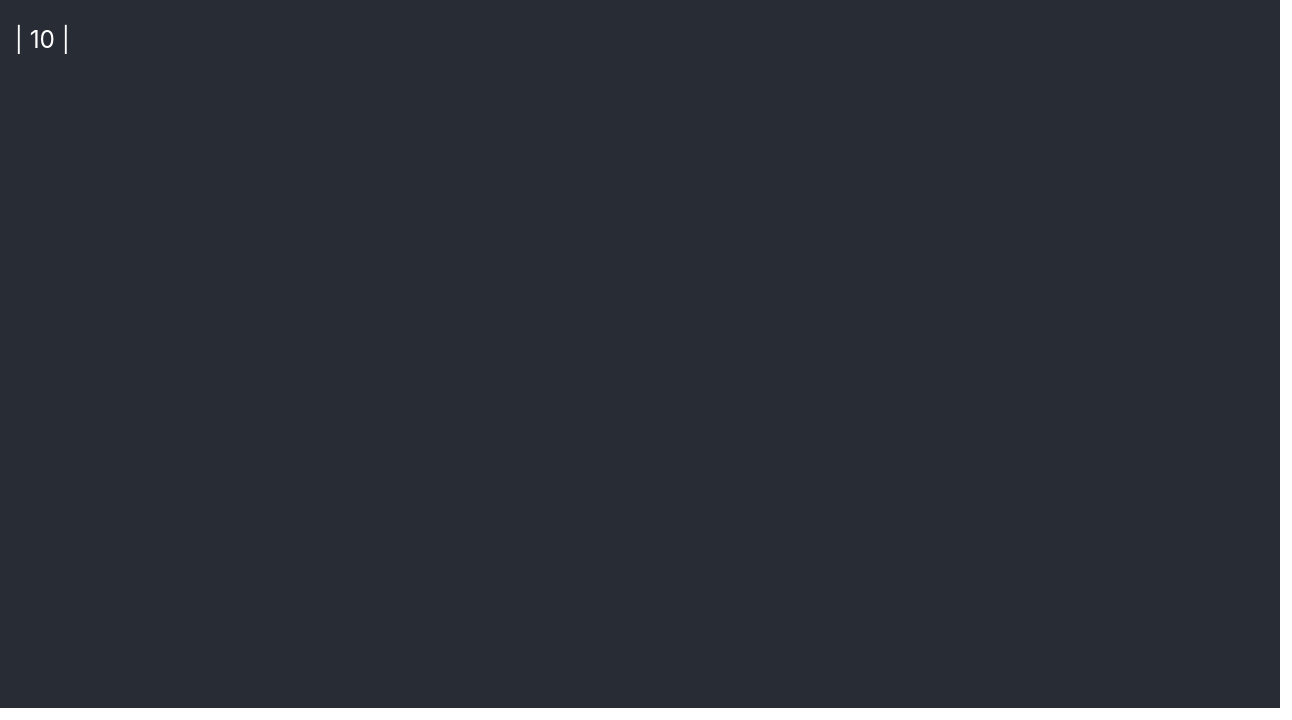
Repository: ghbamorim/megasenaapi
Page: / (app in mega-sena-client/)
The author's editor kept a copy of each file at every save. The page is drawn from the files as they stood at one save, then again after the next save.
The browser window is 1280 px wide. The page is 1292 px wide, so the pictures cover 1292 px, including what lies to the right of the window. The pictures show the whole page.
The project was rebuilt for these pictures with package versions that can differ from the ones it lists, and the page was loaded fresh each time.

Above is the page before, as saved 2021-09-11 11:13:44.

### mega-sena-client/src/App.tsx
import React from "react";
import logo from "./logo.svg";
import "./App.css";
import Row from "./row";
import { makeStyles } from "@material-ui/core/styles";
import Paper from "@material-ui/core/Paper";
import Grid from "@material-ui/core/Grid";

const useStyles = makeStyles((theme) => ({
  root: {
    flexGrow: 1,
  },
  paper: {
    padding: theme.spacing(2),
    textAlign: "center",
    color: theme.palette.text.secondary,
  },
}));

function App() {
  const classes = useStyles();

  return (
    <div className="App">
      <header className="App-header">
        <div className={classes.root}>
          <Grid container spacing={3}>
            <Row />
          </Grid>
        </div>
      </header>
    </div>
  );
}

export default App;

### mega-sena-client/src/App.css
.App {
  text-align: center;
}

.App-logo {
  height: 40vmin;
  pointer-events: none;
}

@media (prefers-reduced-motion: no-preference) {
  .App-logo {
    animation: App-logo-spin infinite 20s linear;
  }
}

.App-header {
  background-color: #282c34;
  min-height: 100vh;
  align-items: center;
  justify-content: center;
  font-size: calc(10px + 2vmin);
  color: white;
}

.App-link {
  color: #61dafb;
}

@keyframes App-logo-spin {
  from {
    transform: rotate(0deg);
  }
  to {
    transform: rotate(360deg);
  }
}

### mega-sena-client/src/row.tsx
import Grid from "@material-ui/core/Grid";
import React from "react";
import "./App.css";

const Row = () => {
  const cols: number[] = [1, 2, 3];
  /*for (let i = 1; i <= 10; i++) {
    cols.push(i);
  }*/

  return (
    <React.Fragment>
      <Grid item xs={1}>
        <div className="App">
          <p>| {10} |</p>
        </div>
      </Grid>
    </React.Fragment>
  );
};

export default Row;

Loaded but not shown: mega-sena-client/public/index.html (common file); mega-sena-client/src/index.tsx (common file); mega-sena-client/src/index.css (common file); mega-sena-client/src/reportWebVitals.ts (common file)

After the next save:
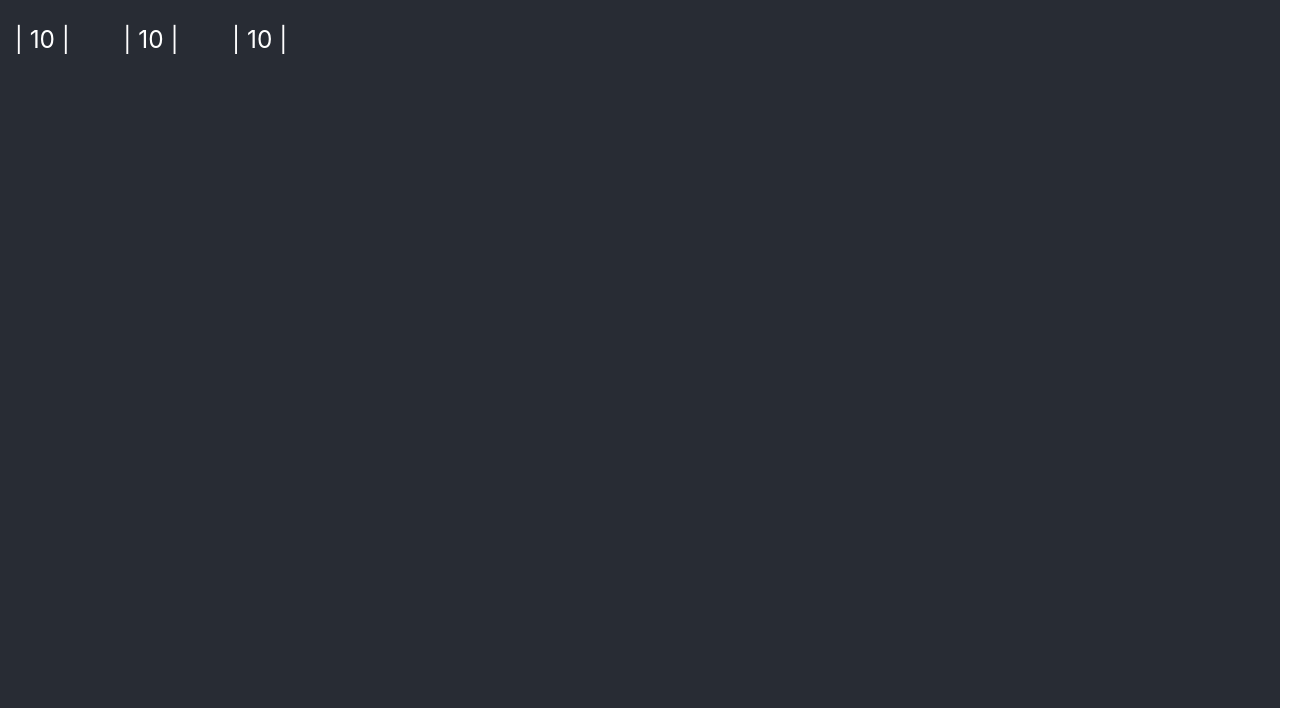
Saved 44 s later.
--- a/mega-sena-client/src/row.tsx
+++ b/mega-sena-client/src/row.tsx
@@ -10,11 +10,15 @@ const Row = () => {
 
   return (
     <React.Fragment>
-      <Grid item xs={1}>
-        <div className="App">
-          <p>| {10} |</p>
-        </div>
-      </Grid>
+      {cols.map((i) => {
+        return (
+          <Grid item xs={1}>
+            <div className="App">
+              <p>| {10} |</p>
+            </div>
+          </Grid>
+        );
+      })}
     </React.Fragment>
   );
 };
